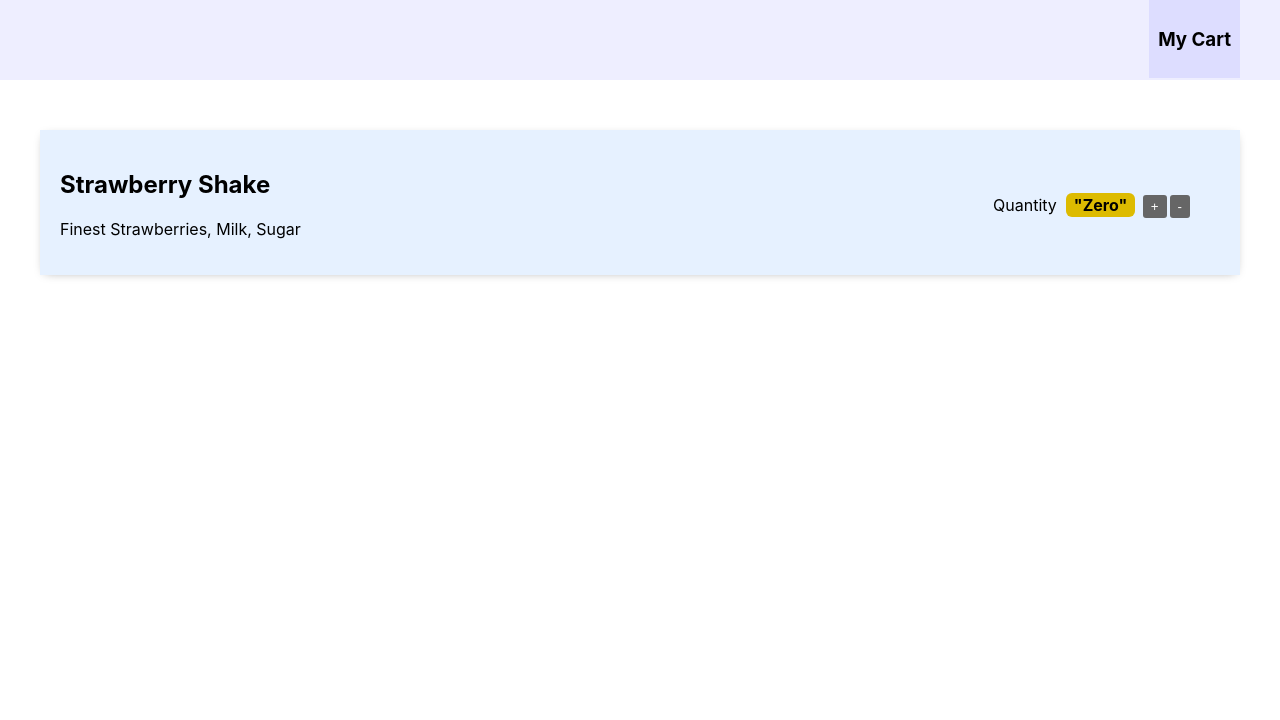
Repository: suhail-yazdan/shopping-cart-react
Page: /
An editor plug-in stored every save of this project. The page is shown before and after the next save, followed by the edit.
The browser window is 1280 px wide. The pictures show the whole page.
The project was rebuilt for these pictures with package versions that can differ from the ones it lists, and the page was loaded fresh each time.

Above is the page before, as saved 2023-10-05 14:51:34.

After the next save:
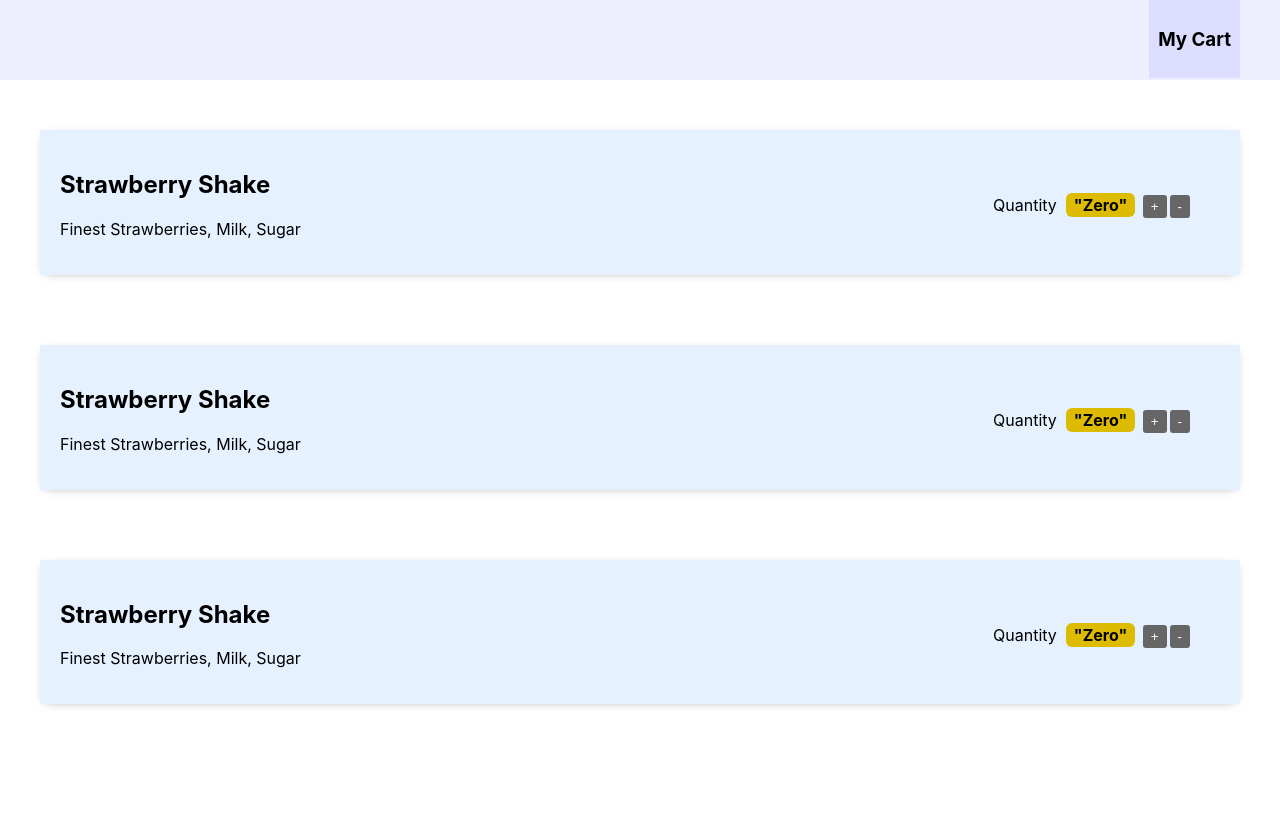
Saved 2 min 28 s later.
--- a/src/App.js
+++ b/src/App.js
@@ -38,7 +38,9 @@ function App() {
 
       <main>
         <div className="grid1200">
-          <Card/>
+          {products.map((product) => (
+            <Card/>
+          ))}
         </div>
       </main>
     </div>
